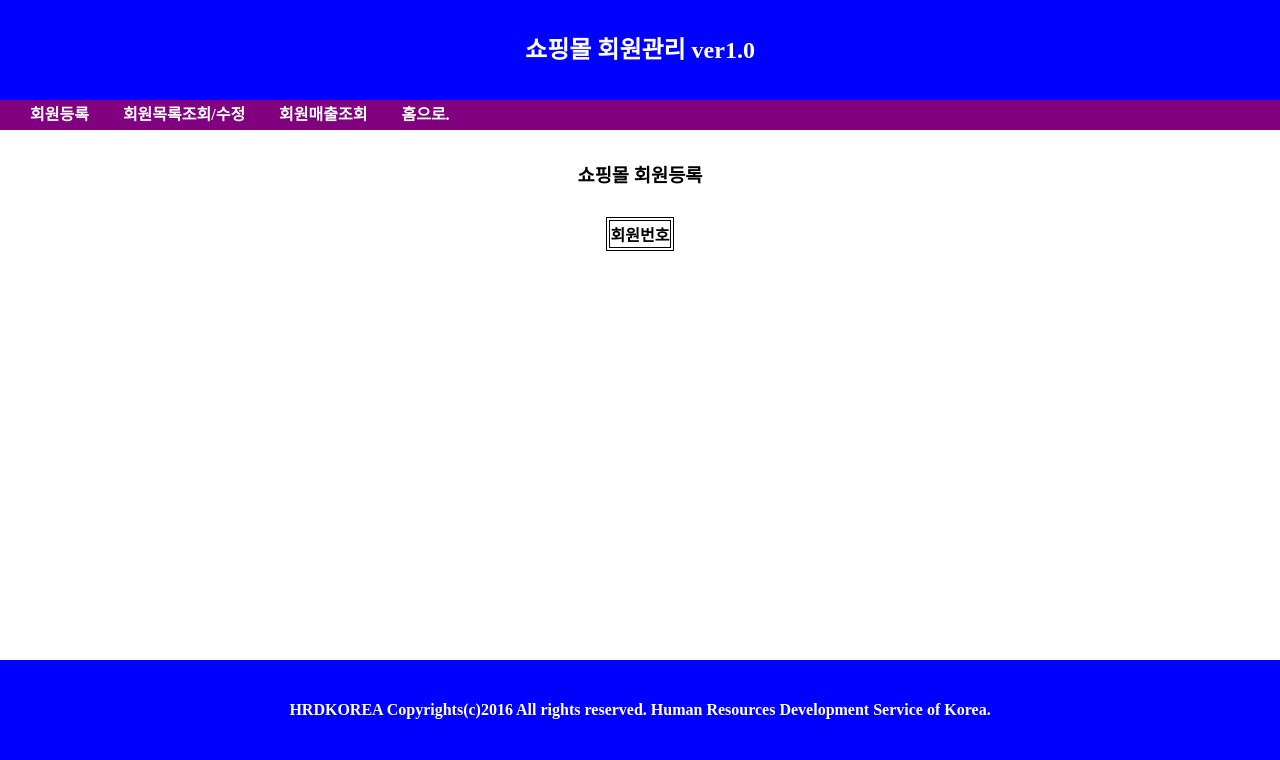
Repository: brightjy/Today-what-I-practiced
Page: http://localhost/HRD_0514/view/memberList.jsp
An editor plug-in stored every save of this project. The page is shown before and after the next save, followed by the edit.
The browser window is 1280 px wide. The pictures show the whole page.
The page is served by Tomcat 9. Other server files are loaded and not shown.

Above is the page before, as saved 2020-05-14 12:53:09.

### hrdkorea_0514/HRD_0514/WebContent/view/memberList.jsp
<%@ page language="java" contentType="text/html; charset=UTF-8"
    pageEncoding="UTF-8"%>
<!DOCTYPE html>
<html>
<head>
<meta charset="UTF-8">
<title>Insert title here</title>
</head>
<body>
<jsp:include page="header.jsp"></jsp:include>
<section>
<div>
	<h3>쇼핑몰 회원등록</h3>
	<div>
		<table>
			<tr>
				<th>회원번호</th>
			</tr>
		</table>
	</div>
</div>
</section>
<jsp:include page="footer.jsp"></jsp:include>
</body>
</html>

### hrdkorea_0514/HRD_0514/WebContent/view/header.jsp
<%@ page language="java" contentType="text/html; charset=UTF-8"
    pageEncoding="UTF-8"%>
<% String conPath = request.getContextPath(); %>
<!DOCTYPE html>
<html>
<head>
<meta charset="UTF-8">
<title>Insert title here</title>
<style>
*{margin:0 auto;}
h2, h3, h4{text-align:center;}
a{text-decoration: none; padding-right:30px; color:white; font-weight:bold;}
header,footer{height:100px; background-color:blue; line-height:100px; color:white;}
nav{background-color:purple; height:30px; line-height:30px; padding-left:30px;}
section{height:500px;}
div{margin:30px;}
table, tr, td, th{border:1px solid black; text-align:center;}
</style>
</head>
<body>
<header>
<h2>쇼핑몰 회원관리 ver1.0</h2>
</header>
<nav>
	<a href="<%=conPath %>/view/registerMemberView.jsp">회원등록</a>
	<a href="<%=conPath %>/view/memberList.jsp">회원목록조회/수정</a>
	<a href="<%=conPath %>/view/moneyList.jsp">회원매출조회</a>
	<a href="<%=conPath %>/view/main.jsp">홈으로.</a>
</nav>

</body>
</html>

### hrdkorea_0514/HRD_0514/WebContent/view/footer.jsp
<%@ page language="java" contentType="text/html; charset=UTF-8"
    pageEncoding="UTF-8"%>
<!DOCTYPE html>
<html>
<head>
<meta charset="UTF-8">
<title>Insert title here</title>
</head>
<body>
<footer>
<h4>HRDKOREA Copyrights(c)2016 All rights reserved. Human Resources Development Service of Korea.</h4>
</footer>
</body>
</html>

After the next save:
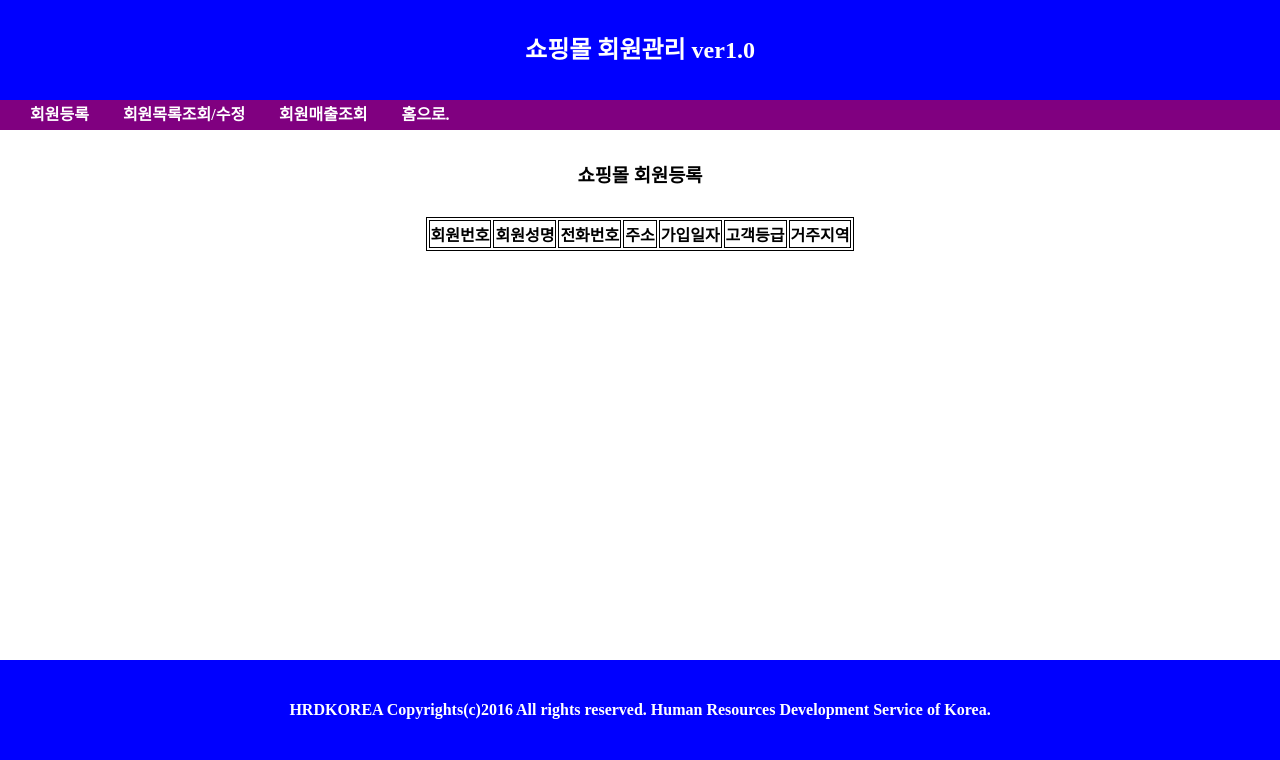
Saved 51 s later.
--- a/hrdkorea_0514/HRD_0514/WebContent/view/memberList.jsp
+++ b/hrdkorea_0514/HRD_0514/WebContent/view/memberList.jsp
@@ -15,6 +15,12 @@
 		<table>
 			<tr>
 				<th>회원번호</th>
+				<th>회원성명</th>
+				<th>전화번호</th>
+				<th>주소</th>
+				<th>가입일자</th>
+				<th>고객등급</th>
+				<th>거주지역</th>
 			</tr>
 		</table>
 	</div>
